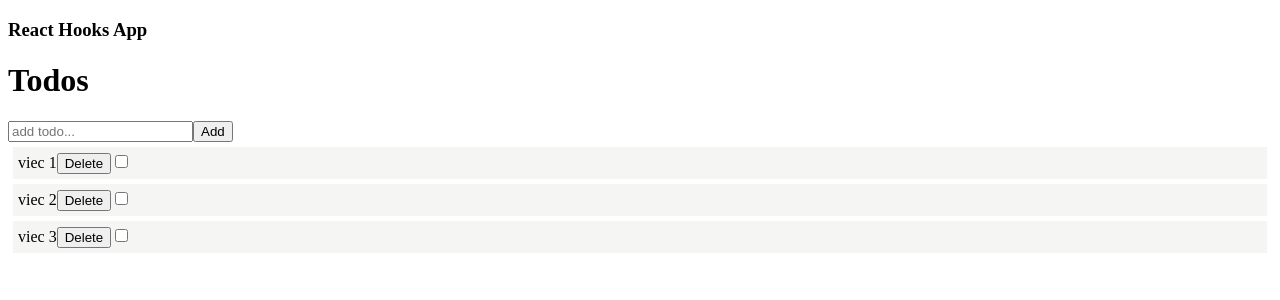
Repository: huynhnt1406/react-redux-tutorial
Page: / (app in react-core/)
These files come from the project's save history. The page is drawn as it stood at one moment and after the next save; the edit follows.
The browser window is 1280 px wide. The pictures show the whole page.
The project was rebuilt for these pictures with package versions that can differ from the ones it lists, and the page was loaded fresh each time.

Above is the page before, as saved 2021-06-18 19:50:44.

After the next save:
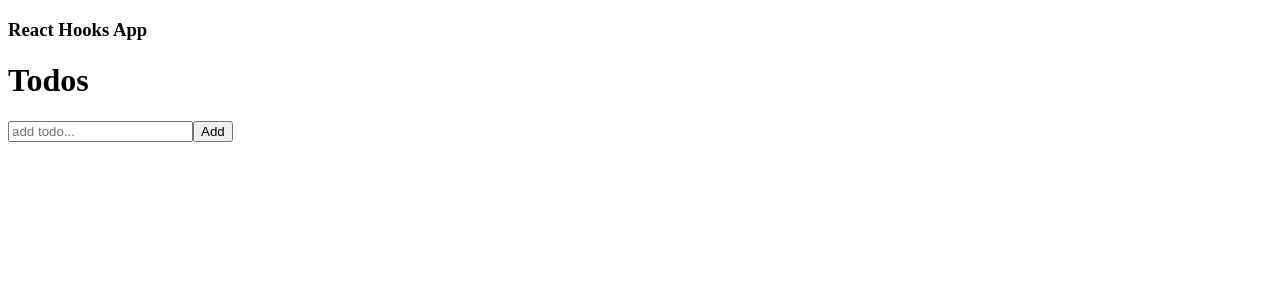
Saved 6 min 21 s later.
--- a/react-core/src/components/Todos.jsx
+++ b/react-core/src/components/Todos.jsx
@@ -4,23 +4,7 @@ import TodoItem from './TodoItem'
 
 function Todos() {
 
-    const [todos, setTodos] = useState([
-        {
-            id:1,
-            title:'viec 1',
-            completed:false
-        },
-        {
-            id:2,
-            title:'viec 2',
-            completed:false
-        },
-        {
-            id:3,
-            title:'viec 3',
-            completed:false
-        },
-    ])
+    const [todos, setTodos] = useState([])
 
     const addTodo = (todo) => {
         setTodos([...todos,todo])
